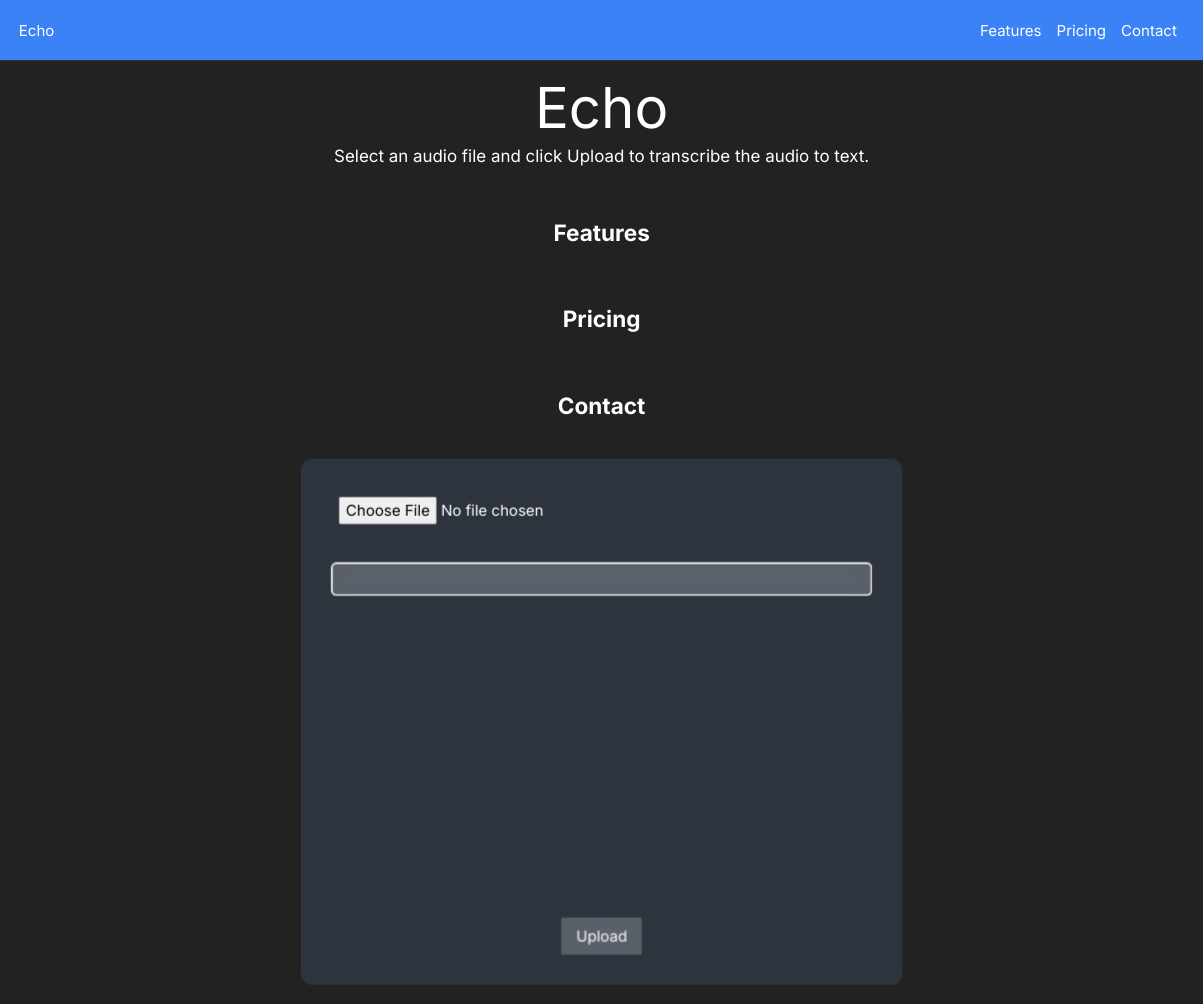
Repository: MikeeBuilds/whisperer
Page: /
These files come from the project's save history. The page is drawn as it stood at one moment and after the next save; the edit follows.
The browser window is 1280 px wide. The pictures show the whole page, at 94% of full size.
The project was rebuilt for these pictures with package versions that can differ from the ones it lists, and the page was loaded fresh each time. The framework's server and built-in components were replaced by stand-ins that run in the browser. Also part of the build but not shown: next.config.js.

Above is the page before, as saved 2023-06-26 16:28:34.

### src/app/layout.tsx
import Navbar from './components/NavBar'
import './globals.css'
import { Inter } from 'next/font/google'

const inter = Inter({ subsets: ['latin'] })

export const metadata = {
  title: 'Create Next App',
  description: 'Generated by create next app',
}

export default function RootLayout({
  children,
}: {
  children: React.ReactNode
}) {
  return (
    <html lang="en">
      <body className={inter.className}>
        <Navbar/>
        {children}
      </body>
    </html>
  )
}

### src/app/page.tsx
import { useState } from "react"
import Features from './components/Features';
import Pricing from './components/Pricing';
import Contact from './components/Contact';

export default function Home() {
  const [theFile, setTheFile] = useState<File | null>(null);
  const [isLoading, setIsLoading] = useState(false);
  const [response, setResponse] = useState("");

  const handleFileChange = (event: React.ChangeEvent<HTMLInputElement>) => {
    const file = event.currentTarget.files?.[0];
    if (!file) return;

    setTheFile(file);
  };

  const callGetTranscription = async () => {
    setIsLoading(true);

    if (!theFile) {
      // Handle the case when no file is selected
      setIsLoading(false);
      return;
    }

    const formData = new FormData();
    formData.set("file", theFile);

    try {
      const response = await fetch("/api", {
        method: "POST",
        body: formData,
      });

      if (response.ok) {
        // Handle the success response
        console.log("File uploaded successfully");
      } else {
        // Handle the error response
        console.error("Failed to upload file");
      }

      const data = await response.json();

      setResponse(data.output.text);
    } catch (error) {
      // Handle any errors
      console.error("An error occurred while uploading the file", error);
    }

    setTheFile(null);
    setIsLoading(false);
  };

  return (
    <main className="flex min-h-screen flex-col items-center justify-center px-24 py-5">
      <h1 className="text-6xl font-sans mb-2 text-white">Echo</h1>
      <p className="text-lg font-sans mb-8 text-white">Select an audio file and click Upload to transcribe the audio to text.</p>

      <Features />
      <Pricing />
      <Contact />

      <div className="flex h-[35rem] w-[40rem] flex-col items-center bg-gray-700 rounded-xl p-8 backdrop-blur-md bg-opacity-60">
        <div className="h-full flex flex-col gap-4 overflow-y-auto w-full">
          <input type="file" accept=".wav, .mp3" onChange={handleFileChange} className="mb-4 p-2" />

          <div className="w-full h-max border-2 break-words p-4 bg-white bg-opacity-20 rounded-md backdrop-blur-md">
            {isLoading ? "Loading..." : response ? response : ""}
          </div>
        </div>
        <div className="w-full mt-4 flex justify-center">
          <button
            onClick={callGetTranscription}
            className="w-max bg-white bg-opacity-20 px-4 py-2 rounded-sm hover:bg-opacity-30 transition-colors duration-200 backdrop-blur-md"
          >
            Upload
          </button>
        </div>
      </div>
    </main>
  );
}

### src/app/components/NavBar.tsx
export default function Navbar() {
    return (
      <nav className="flex justify-between p-5 bg-blue-500 text-white">
        <div>Echo</div>
        <div>
          <a href="#features" className="mx-2">Features</a>
          <a href="#pricing" className="mx-2">Pricing</a>
          <a href="#contact" className="mx-2">Contact</a>
        </div>
      </nav>
    );
  }

### src/app/globals.css
@tailwind base;
@tailwind components;
@tailwind utilities;

@keyframes gradient {
  0% {
    background-position: 0% 50%;
  }
  50% {
    background-position: 100% 50%;
  }
  100% {
    background-position: 0% 50%;
  }
}

body {
  background: #222222;
  color: white;
}

.gradient-bg {
  animation: gradient 15s ease infinite;
  background: linear-gradient(270deg, #6b11e6, #2575fc, #00ff00, #ffff00);
  background-size: 200% 200%;
}

### src/app/components/Features.tsx
export default function Features() {
    return (
      <section id="features" className="p-5">
        <h2 className="text-2xl font-bold mb-5">Features</h2>
        {/* Add feature descriptions here */}
      </section>
    );
  }

### src/app/components/Pricing.tsx
export default function Pricing() {
    return (
      <section id="pricing" className="p-5">
        <h2 className="text-2xl font-bold mb-5">Pricing</h2>
        {/* Add pricing tiers here */}
      </section>
    );
  }

### src/app/components/Contact.tsx
export default function Contact() {
    return (
      <section id="contact" className="p-5">
        <h2 className="text-2xl font-bold mb-5">Contact</h2>
        {/* Add contact form or information here */}
      </section>
    );
  }

### tailwind.config.js
/** @type {import('tailwindcss').Config} */
module.exports = {
  content: [
    './src/pages/**/*.{js,ts,jsx,tsx,mdx}',
    './src/components/**/*.{js,ts,jsx,tsx,mdx}',
    './src/app/**/*.{js,ts,jsx,tsx,mdx}',
  ],
  theme: {
    extend: {
      fontFamily: {
        sans: ['var(--font-inter)'],
      },
    },
  },
  plugins: [],
}

After the next save:
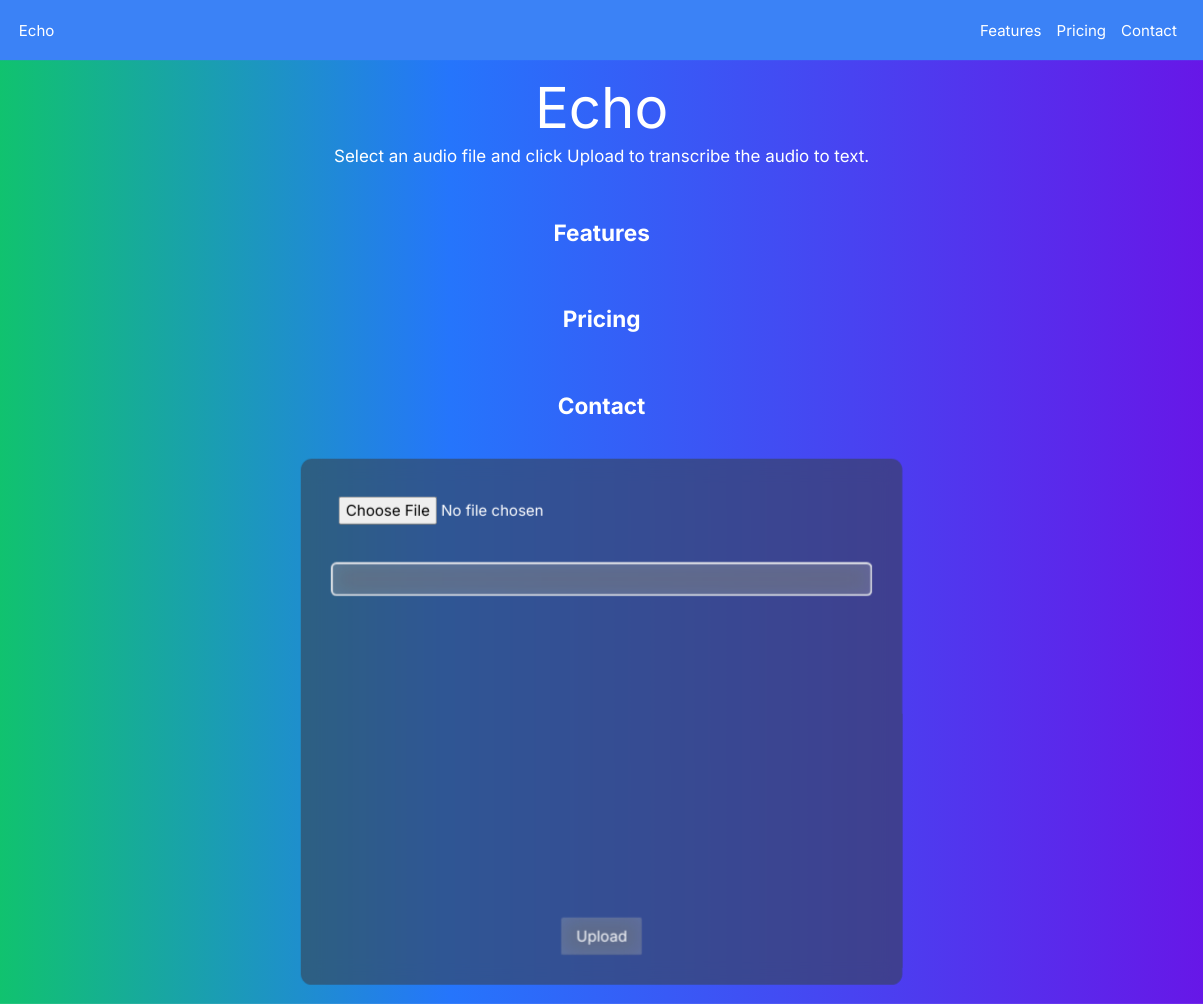
Saved 15 s later.
--- a/src/app/layout.tsx
+++ b/src/app/layout.tsx
@@ -16,7 +16,7 @@ export default function RootLayout({
 }) {
   return (
     <html lang="en">
-      <body className={inter.className}>
+      <body className={`${inter.className} gradient-bg`}>
         <Navbar/>
         {children}
       </body>
